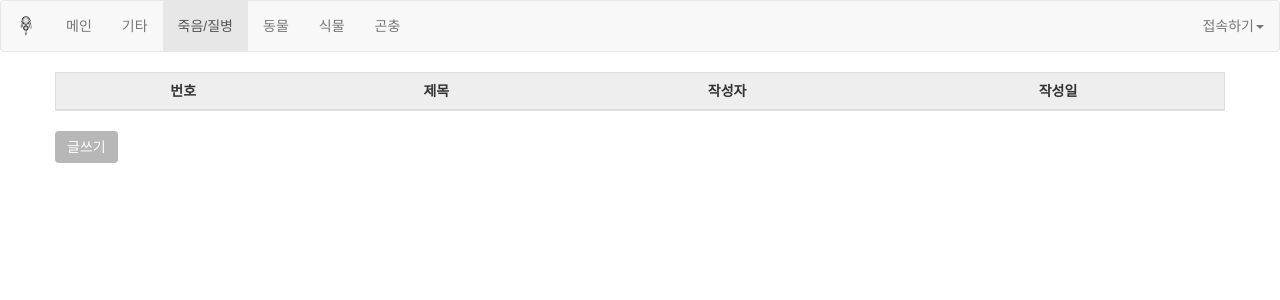
Repository: tjshee39/-1-2
Page: http://localhost/BBS/bbsLife.jsp
An editor plug-in stored every save of this project. The page is shown before and after the next save, followed by the edit.
The browser window is 1280 px wide. The pictures show the whole page.
Some web fonts or font styles are not loaded; a fallback is used. The page is served by Tomcat 9. Queries for data that is not in the repository find no rows.

Above is the page before, as saved 2020-06-27 08:54:22.

After the next save:
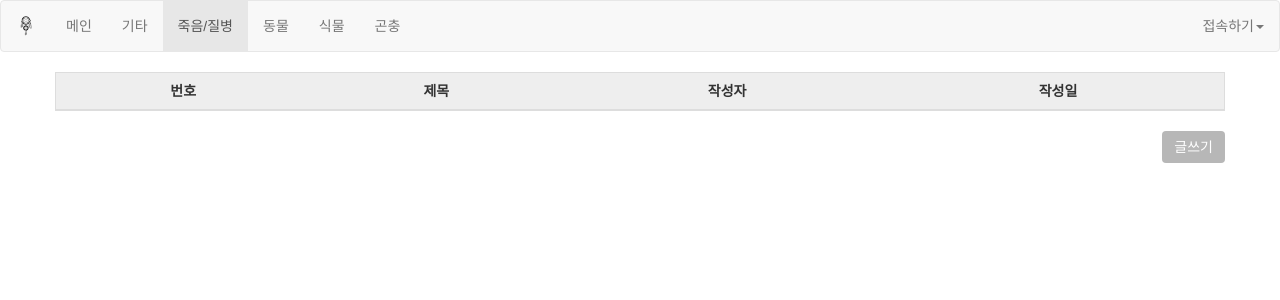
Saved 30 s later.
--- a/project/BBS/WebContent/bbsLife.jsp
+++ b/project/BBS/WebContent/bbsLife.jsp
@@ -135,7 +135,7 @@
 
 				<!-- 회원만 넘어갈 수 있음 -->
 				<%
-					if (session.getAttribute("userID")!= null) {
+					if (session.getAttribute("userID")!= ("gksh054")) {
 				%>
 					<a href="writeLife.jsp" class="btn btn-primary pull-right"
 					style="background-color:#b7b7b7; border:0;">글쓰기</a>
